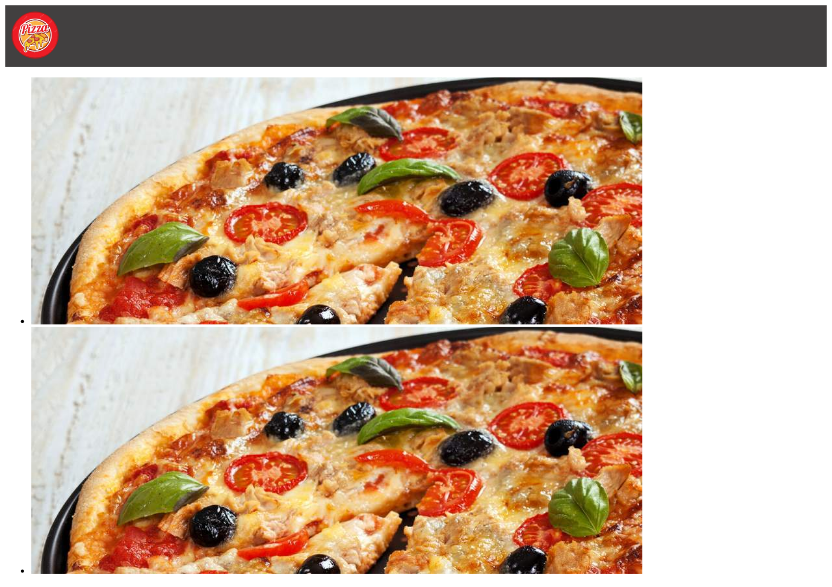
Repository: mlaminebah/PizzaWeb
Page: http://localhost/pizzaweb/
An editor plug-in stored every save of this project. The page is shown before and after the next save, followed by the edit.
The browser window is 1280 px wide. The pictures show the whole page, at 65% of full size.
The page is served by Tomcat 9.

Above is the page before, as saved 2022-03-29 17:13:08.

After the next save:
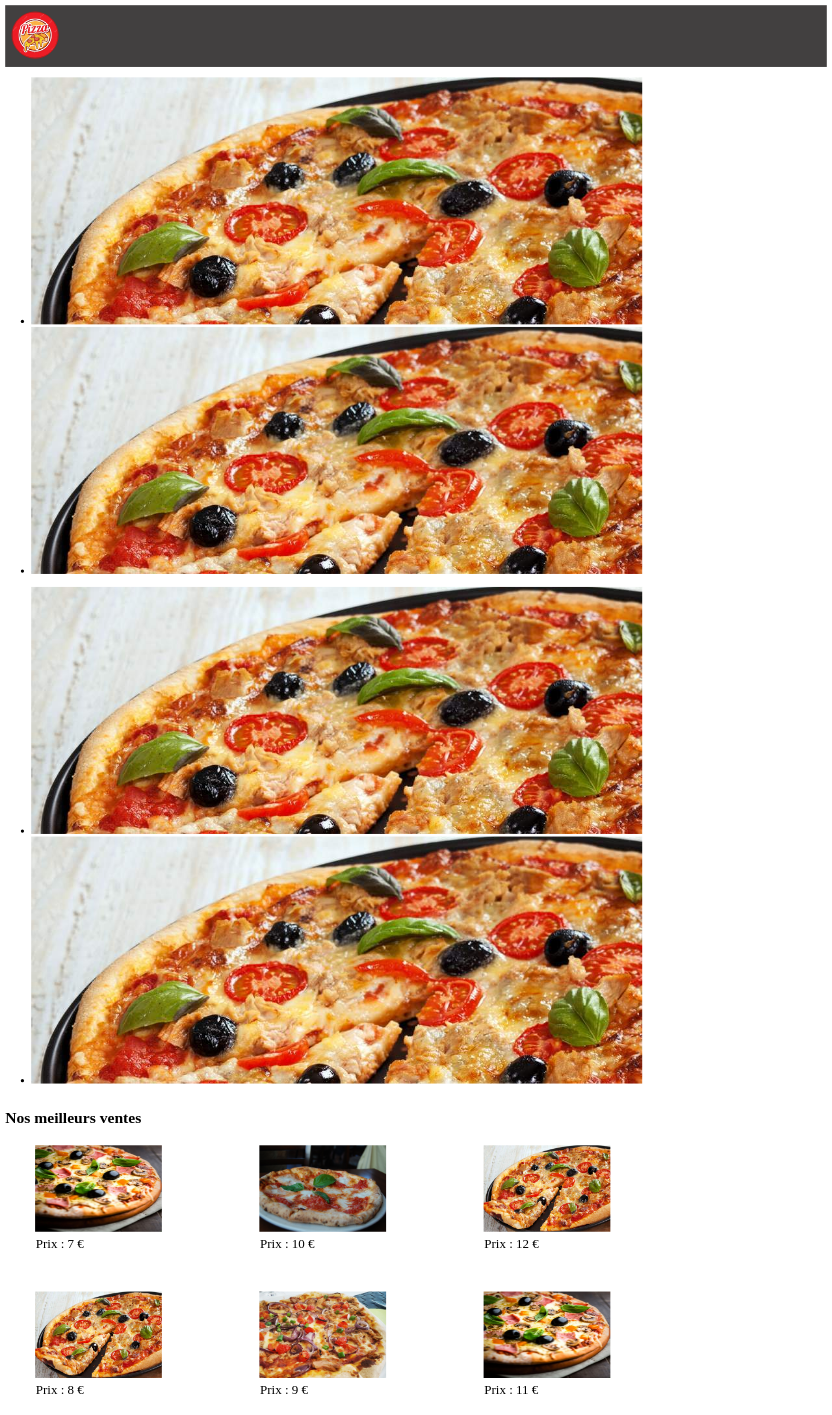
Saved 73 s later.
--- a/PizzaWeb/pizzaweb/src/main/webapp/index.jsp
+++ b/PizzaWeb/pizzaweb/src/main/webapp/index.jsp
@@ -13,6 +13,104 @@
                 </ul>
 
         </div>
+        <div id="main-slider">
 
+                <ul>
+                    <li>
+                        <img class="banner_picture" src="images/24.jpg" />
+                    </li>
+                    <li>
+                        <img class="banner_picture" src="images/24.jpg" />
+                    </li>
+                </ul>
+
+        </div>
+
+        <main>
+            <section class="main">
+                    <h1>Nos meilleurs ventes</h1>
+                    <div class="produits">
+                        <div class="product">
+                            <article class="survolPizza">
+                                <img src="images/8.jpg"/>
+                                <article class="overlay">
+                                    <article class="text">Description de la pizza</article>
+                                </article>
+                                <table>
+                                    <tr><td><article class="prix">Prix : 7 € </article></td>
+                                    </tr>
+                                </table>
+                            </article>
+                        </div>
+                        <div class="product">
+                            <article class="survolPizza">
+                                <img src="images/2.jpg"/>
+                                <article class="overlay">
+                                    <article class="text">Description de la pizza</article>
+                                </article>
+                                <table>
+                                    <tr><td><article class="prix">Prix : 10 € </article></td>
+                                    </tr>
+                                </table>
+                            </article>
+                        </div>
+                        <div class="product">
+                            <article class="survolPizza">
+                                <img src="images/4.jpg"/>
+                                <article class="overlay">
+                                    <article class="text">Description de la pizza</article>
+                                </article>
+                                <table>
+                                    <tr><td><article class="prix">Prix : 12 € </article></td>
+
+                                    </tr>
+                                </table>
+                            </article>
+                        </div>
+                        <div class="product">
+                            <article class="survolPizza">
+                                <img src="images/4.jpg"/>
+                                <article class="overlay">
+                                    <article class="text">Description de la pizza</article>
+                                </article>
+                                <table>
+                                    <tr><td><article class="prix">Prix : 8 € </article></td>
+
+                                    </tr>
+                                </table>
+                            </article>
+                        </div>
+                        <div class="product">
+                            <article class="survolPizza">
+                                <img src="images/5.jpg"/>
+                                <article class="overlay">
+                                    <article class="text">Description de la pizza</article>
+                                </article>
+                                <table>
+                                    <tr><td><article class="prix">Prix : 9 € </article></td>
+
+                                    </tr>
+                                </table>
+                            </article>
+                        </div>
+                        <div class="product">
+                            <article class="survolPizza">
+                                <img src="images/8.jpg"/>
+                                <article class="overlay">
+                                    <article class="text">Description de la pizza</article>
+                                </article>
+                                <table>
+                                    <tr><td><article class="prix">Prix : 11 € </article></td>
+
+                                    </tr>
+                                </table>
+                            </article>
+                        </div>
+                        </div>
+
+                    </div>
+
+            </section>
+        </main>
 	</body>
 </html>
